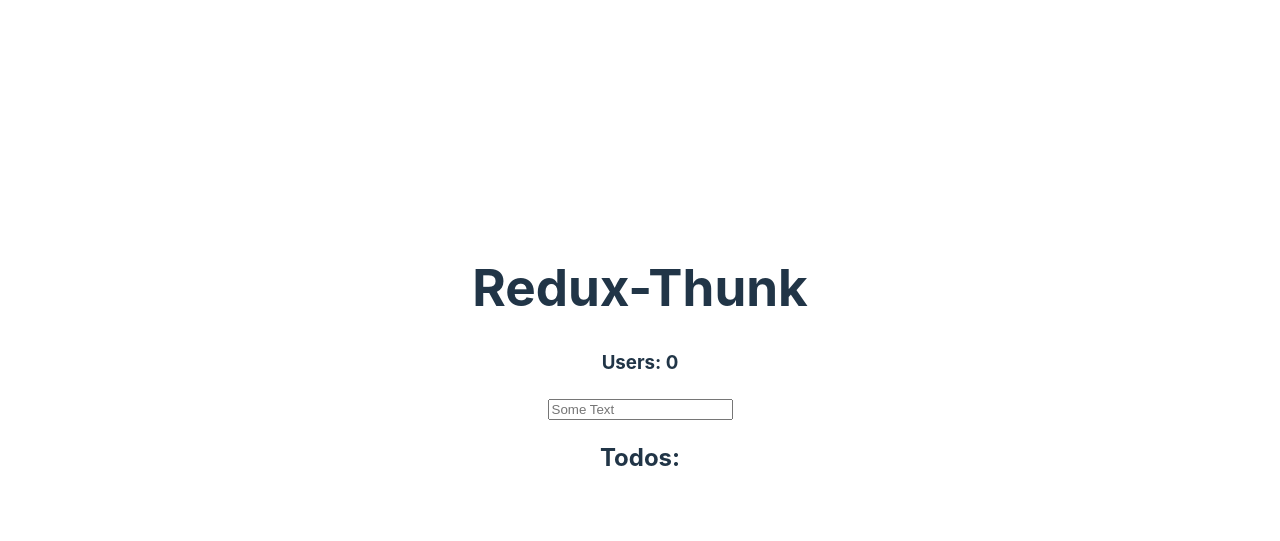
Repository: iveivs/mNepRe
Page: / (app in redux/redux-thunk/)
An editor plug-in stored every save of this project. The page is shown before and after the next save, followed by the edit.
The browser window is 1280 px wide. The pictures show the whole page.
The page's requests for data from a server got no answer. The project was rebuilt for these pictures with package versions that can differ from the ones it lists, and the page was loaded fresh each time. No one was signed in, and anything a server would have sent is missing. Also part of the build but not shown: redux/redux-thunk/vite.config.js.

Above is the page before, as saved 2024-03-21 16:04:05.

After the next save:
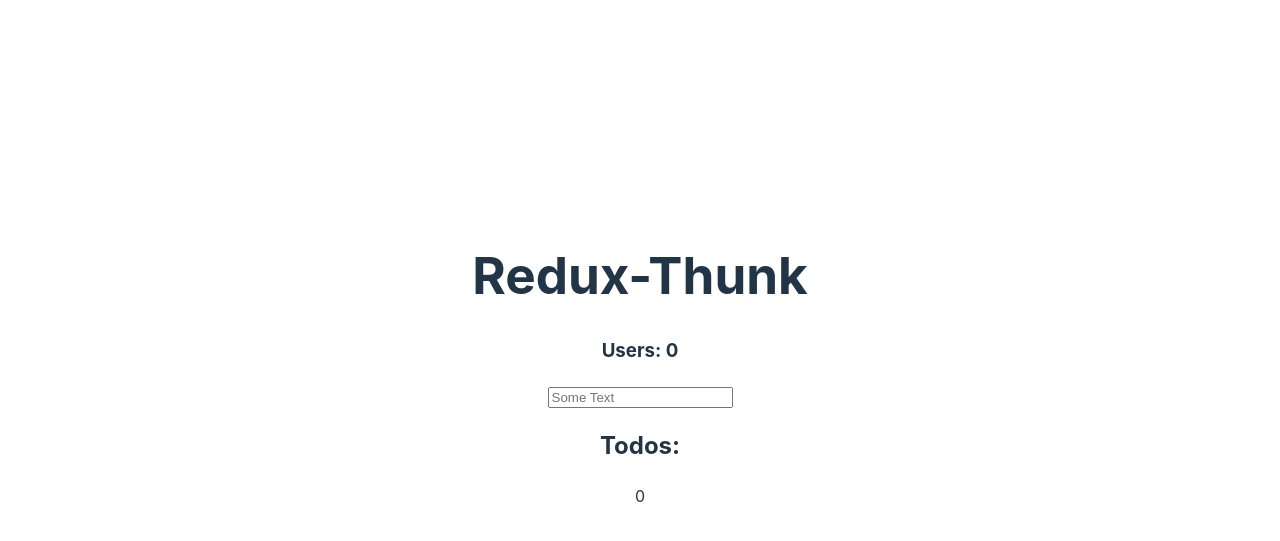
Saved 4 s later.
--- a/redux/redux-thunk/src/components/TodoList.jsx
+++ b/redux/redux-thunk/src/components/TodoList.jsx
@@ -5,7 +5,7 @@
         <>
         <input type="text"  placeholder="Some Text"/>
         <h2>Todos:</h2>
-        <div>{todos.lebgth}</div>
+        <div>{todos.length}</div>
         </>
     )
 }
